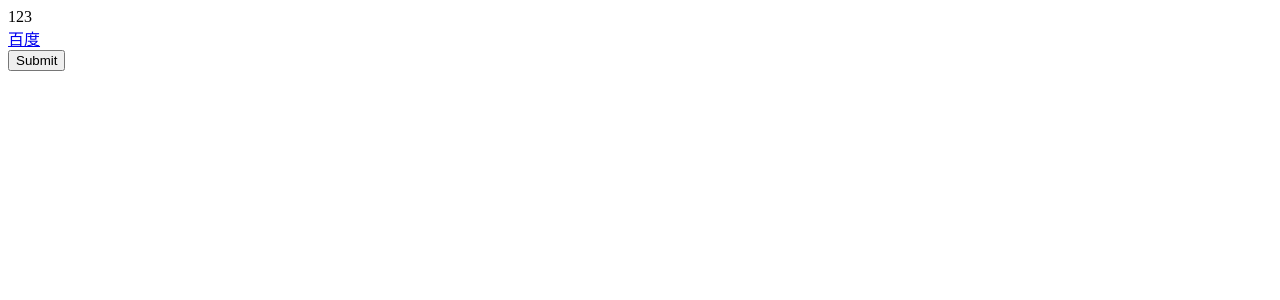
Repository: ywq0312/JavaScript
Page: 源码/day3/14.事件对象阻止默认行为.html
These files come from the project's save history. The page is drawn as it stood at one moment and after a run of saves; the edit follows.
The browser window is 1280 px wide. The pictures show the whole page.

Above is the page before, as saved 2021-05-10 21:18:48.

### 源码/day3/14.事件对象阻止默认行为.html
<!DOCTYPE html>
<html lang="en">
<head>
    <meta charset="UTF-8">
    <meta http-equiv="X-UA-Compatible" content="IE=edge">
    <meta name="viewport" content="width=device-width, initial-scale=1.0">
    <title>事件对象阻止默认行为</title>
    <style>

    </style>
</head>
<body>
    <div>123</div>
    <a href="http://www.baidu.com">百度</a>
    <form action="http://www.baidu.com">
        <input type="submit" name="" id="">
    </form>
</body>
</html>

After the next 7 saves:
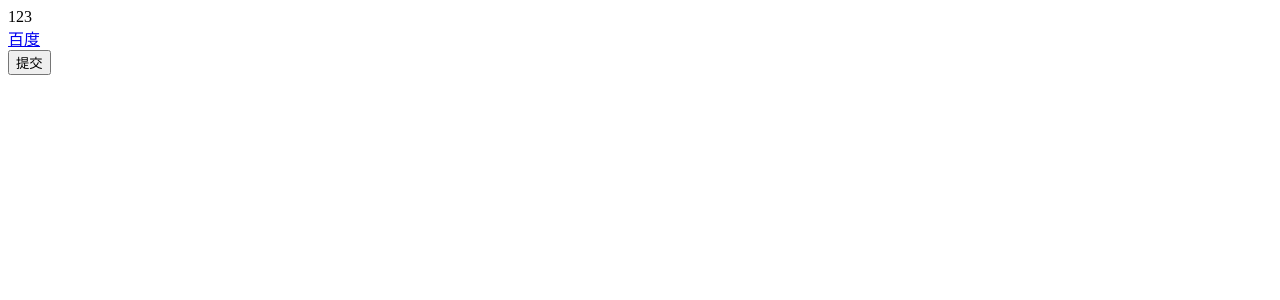
The 7 saves are shown as one change because they came seconds apart.
The last was saved 13 s later.
--- a/源码/day3/14.事件对象阻止默认行为.html
+++ b/源码/day3/14.事件对象阻止默认行为.html
@@ -13,7 +13,7 @@
     <div>123</div>
     <a href="http://www.baidu.com">百度</a>
     <form action="http://www.baidu.com">
-        <input type="submit" name="" id="">
+        <input type="submit" name="sub" value="提交" id="">
     </form>
 </body>
 </html>
